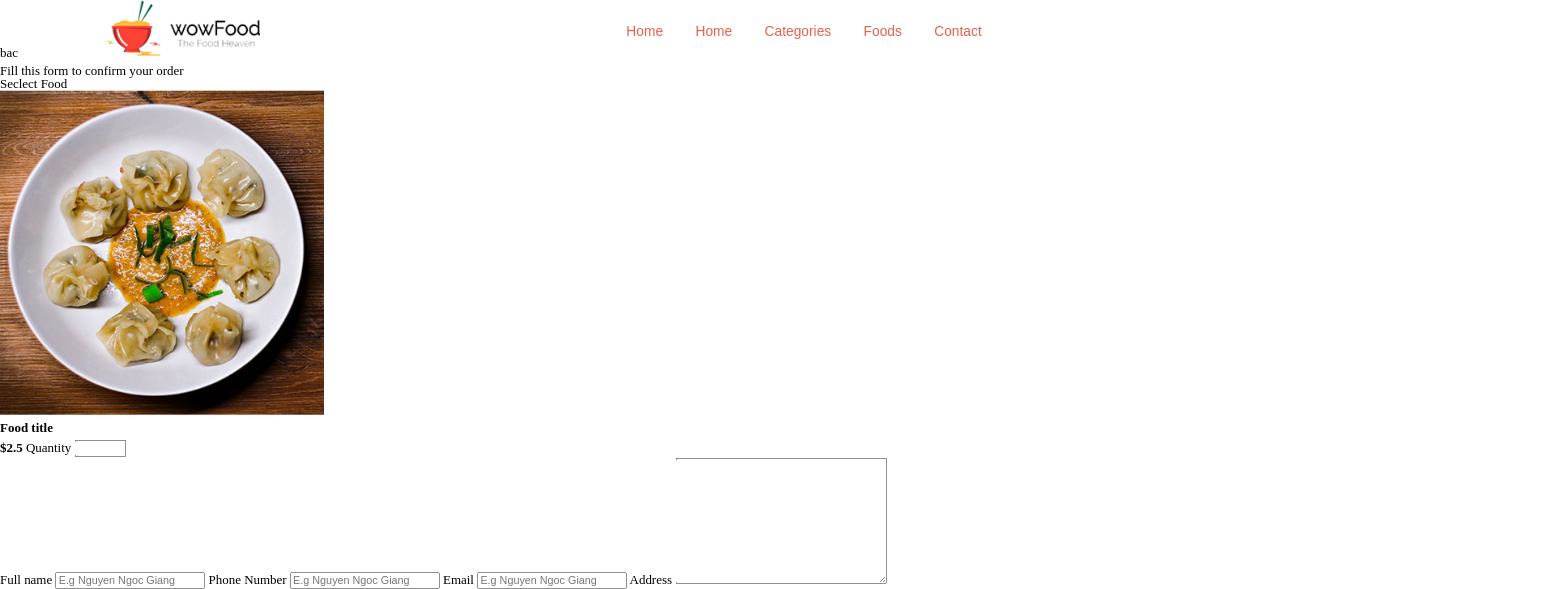
Repository: ruaruababa/WowFood
Page: order.html
These files come from the project's save history. The page is drawn as it stood at one moment and after a run of saves; the edit follows.
The browser window is 1280 px wide. The page is 1280 px wide, then 1920 px, then 1280 px, so the pictures cover 1920 px, including what lies to the right of the window. The pictures show the whole page, at 81% of full size.

Above is the page before, as saved 2021-09-19 21:48:50.

### order.html
<!DOCTYPE html>
<html lang="en">

<head>
    <meta charset="UTF-8">
    <meta http-equiv="X-UA-Compatible" content="IE=edge">
    <meta name="viewport" content="width=device-width, initial-scale=1.0">
    <title>Order Food</title>
    <link rel="stylesheet" href="./style.css">
    <link rel="stylesheet" href="./reset.css">
</head>

<body>
    <nav>
        bac
        <input type="checkbox" id="check" />
        <label for="check" class="checkbtn">
            <i class="fas fa-bars"></i>
        </label>
        <label class="logo">
            <img src="./img/logo.png" alt="" class="img-logo" />
        </label>
        <ul class="navbar">
            <li><a class="active" href="#">Home</a></li>
            <li><a href="#">Home</a></li>
            <li><a href="#">Categories</a></li>
            <li><a href="#">Foods</a></li>
            <li><a href="#">Contact</a></li>
        </ul>
    </nav>
    <section id=section-order>
        <div class="container-order">
            <form action="">
                <h3 class="title-order">Fill this form to confirm your order</h3>
                <label for="" class="seclect">Seclect Food</label>
                <div class="container-seclect-food">
                    <div class="img-food">
                        <img src="./img/menu-momo.jpg" alt="" class="bgr-item" />
                    </div>
                    <div class="content-food">
                        <h6 class="title-item">Food title</h6>
                        <span class="price-item">$2.5</span>
                        <label for="" class="quantity">Quantity</label>
                        <input type="number" min="1" max="100">
                    </div>
                </div>
                <div class="container-delivery-title">
                    <lable class="full-name">Full name</lable>
                    <input type="text" placeholder="E.g Nguyen Ngoc Giang">
                    <lable class="phone-number">Phone Number</lable>
                    <input type="text" placeholder="E.g Nguyen Ngoc Giang">
                    <lable class="email">Email</lable>
                    <input type="text" placeholder="E.g Nguyen Ngoc Giang">
                    <lable class="Address">Address</lable>
                    <textarea name="address" id="" cols="30" rows="10"></textarea>


                </div>
            </form>
        </div>
    </section>
</body>

</html>

### style.css

li {
  text-decoration: none;
}

a {
  text-decoration: none;
}

nav {
  height: 80px;
  width: 100%;
}

label.logo {
  padding: 0 100px;
}

nav ul {
  float: right;
  margin-right: 50px;
}

nav ul li {
  display: inline-block;
  line-height: 80px;
  margin: 0 5px;
  font-family: "Poppins", sans-serif;
}

nav ul li a {
  color: #e7614a;
  font-size: 17px;
  padding: 7px 13px;
  border-radius: 3px;
}

.checkbtn {
  font-size: 30px;
  color: white;
  float: right;
  line-height: 80px;
  margin-right: 40px;
  cursor: pointer;
  display: none;
}

#check {
  display: none;
}

ul:hover li {
  filter: blur(3px);
  opacity: 0.5;
  transform: scale(0.98);
  box-shadow: none;
}

ul:hover li:hover {
  transform: scale(1.1);
  filter: blur(0px);
  opacity: 1;
  box-shadow: 0 8px 20px 0px rgba(0, 0, 0, 0.125);
}

.container-section-search {
  position: relative;
  text-align: center;
  margin-top: 15px;
}

.background-search {
  height: 250px;
}

.background-search img {
  height: inherit;
  width: 100%;
  object-fit: cover;
}

.form {
  width: 100%;
  position: absolute;
  top: 50%;
  left: 50%;
  transform: translate(-50%, -50%);
  height: 22px;
}

.input-search {
  width: 35%;
  height: inherit;
}

.btn-search {
  background-color: rgba(250, 59, 59, 0.849);
  border: none;
  border-radius: 5px;
  font-size: 14px;
  color: white;
  cursor: pointer;
  padding: 3px;
}

#section-collection {
  position: relative;
}

.container-section-collection {
  height: max-content;
}

.explore-food {
  padding-top: 70px;
  text-align: center;
  font-size: 24px;
  font-family: "Poppins", sans-serif;
}

.collection-food {
  width: 100%;
}

.list-food {
  margin-top: 50px;
  display: flex;
  justify-content: center;
  column-gap: 50px;
}

.list-food li {
  width: 330px;
  height: 400px;
  transition: 0.2s all;
}

.list-food li:hover {
  transform: scale(0.95);
}

.list-food li img {
  width: 100%;
  height: 100%;
  object-fit: cover;
  border-radius: 10px;
}

.list-food li span {
  font-family: "Poppins", sans-serif;
  display: block;
  font-size: 20px;
  text-align: center;
  color: #ffffff;
  margin-top: -50px;
}

article {
  background-color: #ececec;
}

.title-food-menu {
  padding-top: 70px;
  font-size: 24px;
  text-align: center;
  font-family: "Poppins", sans-serif;
}

.container-menu {
  padding-top: 50px;
  display: grid;
  grid-gap: 20px;
  grid-template-columns: repeat(auto-fit, minmax(550px, 1fr));
  grid-auto-rows: 180px;
  justify-items: center;
  font-family: "Poppins", sans-serif;
}

.container-item:nth-child(odd) {
  justify-self: end;
}

.container-item:nth-child(even) {
  justify-self: start;
}

.container-item {
  background-color: #ffffff;
  display: flex;
  align-items: center;
  border-radius: 15px;
}

.container-item img {
  width: 25%;
  height: 70%;
  object-fit: cover;
  border-radius: 15px;
  margin: 0 28px;
}

.container-item .item-content {
  width: 100%;
  height: 70%;
  object-fit: cover;
  border-radius: 15px;
  margin: 0 28px;
}

.item-content {
  display: inline-block;
}

.title-item {
  font-size: 16px;
  font-weight: bold;
  line-height: 25px;
}

.price-item {
  line-height: 25px;
  font-weight: bold;
}

.des-item {
  font-size: 14px;
  line-height: 20px;
  color: #747d9c;
}

.oder-item {
  text-decoration: none;
  background-color: #f56b81;
  color: white;
  border-radius: 5px;
  padding: 3px;
  display: inline-block;
}

.footer-food-menu {
  margin-top: 30px;
}

.see-all-foods {
  display: block;
  text-align: center;
  text-decoration: none;
  color: #f56b81;
  padding-bottom: 50px;
  font-family: "Poppins", sans-serif;
  transition: 0.2s all;
}

.see-all-foods:hover {
  text-decoration: underline;
  transform: scale(1.1);
}

.social-network-icon {
  display: flex;
  justify-content: center;
  margin-top: 30px;
}

.icon-insta {
  margin: 0 30px;
}

.license {
  margin-top: 40px;
  margin-bottom: 30px;
  font-family: "Poppins", sans-serif;
}

.license p {
  text-align: center;
}

.license p a {
  text-decoration: none;
  color: #e7614a;
}

@media (max-width: 952px) {
  label.logo {
    padding-left: 50px;
  }

  nav ul li a {
    font-size: 16px;
  }

  .container-item:nth-child(odd) {
    justify-self: center;
  }

  .container-item:nth-child(even) {
    justify-self: center;
  }
}

@media (max-width: 858px) {
  i {
    color: black;
  }

  .checkbtn {
    display: block;
  }

  .navbar {
    position: fixed;
    width: 100%;
    height: 250px;
    left: -100%;
    text-align: center;
    transition: all 0.5s;
    z-index: 2;
    background-color: #ffffff;
  }

  nav ul li {
    display: block;
    margin: 10px 0;
    line-height: 30px;
  }

  nav ul li a {
    font-size: 20px;
  }

  #check:checked ~ ul {
    left: 0;
  }

  .container-section-collection {
    height: max-content;
  }
}

section {
  position: relative;
}
@media (max-width: 858px) {
   .container-menu {
    padding-top: 50px;
    display: grid;
    grid-gap: 20px;
    grid-template-columns: repeat(auto-fit, minmax(550px, 1fr));
    grid-auto-rows: 180px;
    justify-items: center;
    font-family: "Poppins", sans-serif;
  }
}

@media (max-width: 414px) {
  label img {
    margin-left: -50px;
  }
  i.fa-bars {
    margin-right: -20px;
  }
  .navbar {
    position: fixed;
    width: 414px;
    height: 250px;
    left: -100%;
    text-align: center;
    transition: all 0.5s;
    z-index: 2;
    background-color: #ffffff;
  }

  nav ul li {
    display: block;
    margin: 10px 0;
    line-height: 30px;
  }

  nav ul li a {
    font-size: 20px;
  }

  #check:checked ~ ul {
    left: 0;
  }
  .list-food {
    display: flex;
    flex-direction: column;
    gap: 15px;
  }

  .item {
    align-self: center;
  }

  .container-menu {
    padding-top: 50px;
    display: grid;
    grid-gap: 20px;
    grid-template-columns: repeat(auto-fit, minmax(375px, 1fr));
    grid-auto-rows: 180px;
    justify-items: center;
    font-family: "Poppins", sans-serif;
  }
}

@media (max-width: 375px) {
  label img {
    margin-left: -50px;
  }
  i.fa-bars {
    margin-right: -20px;
  }
  .navbar {
    position: fixed;
    width: 375px;
    height: 250px;
    left: -100%;
    text-align: center;
    transition: all 0.5s;
    z-index: 2;
    background-color: #ffffff;
  }

  nav ul li {
    display: block;
    margin: 10px 0;
    line-height: 30px;
  }

  nav ul li a {
    font-size: 20px;
  }

  #check:checked ~ ul {
    left: 0;
  }

  .list-food {
    display: flex;
    flex-direction: column;
    gap: 15px;
  }

  .item {
    align-self: center;
  }

  .container-menu {
    padding-top: 50px;
    display: grid;
    grid-gap: 20px;
    grid-template-columns: repeat(auto-fit, minmax(375px, 1fr));
    grid-auto-rows: 180px;
    justify-items: center;
    font-family: "Poppins", sans-serif;
  }
  @media (max-width: 320px) {
  label img {
    margin-top: -70px;
    margin-left: -50px;
    padding-bottom: 10px;
  }
  i.fa-bars {
    margin-right: -20px;
    padding-top: 20px;
  }
  .navbar {
    position: fixed;
    width: 320px;
    height: 250px;
    left: -100%;
    text-align: center;
    transition: all 0.5s;
    z-index: 2;
    background-color: #ffffff;
    margin-top: -5px;
  }

  nav ul li {
    display: block;
    margin: 10px 0;
    line-height: 30px;
  }

  nav ul li a {
    font-size: 20px;
  }

  #check:checked ~ ul {
    left: 0;
  }

  .list-food {
    display: flex;
    flex-direction: column;
    gap: 15px;
  }

  .item {
    align-self: center;
  }

  .container-menu {
    padding-top: 50px;
    display: grid;
    grid-gap: 20px;
    grid-template-columns: repeat(auto-fit, minmax(319px, 1fr));
    grid-auto-rows: 180px;
    justify-items: center;
    font-family: "Poppins", sans-serif;
  }
}

/* article{
  position: relative;
  top: 200px;
} */

Loaded but not shown: reset.css (common file)

After the next 5 saves:
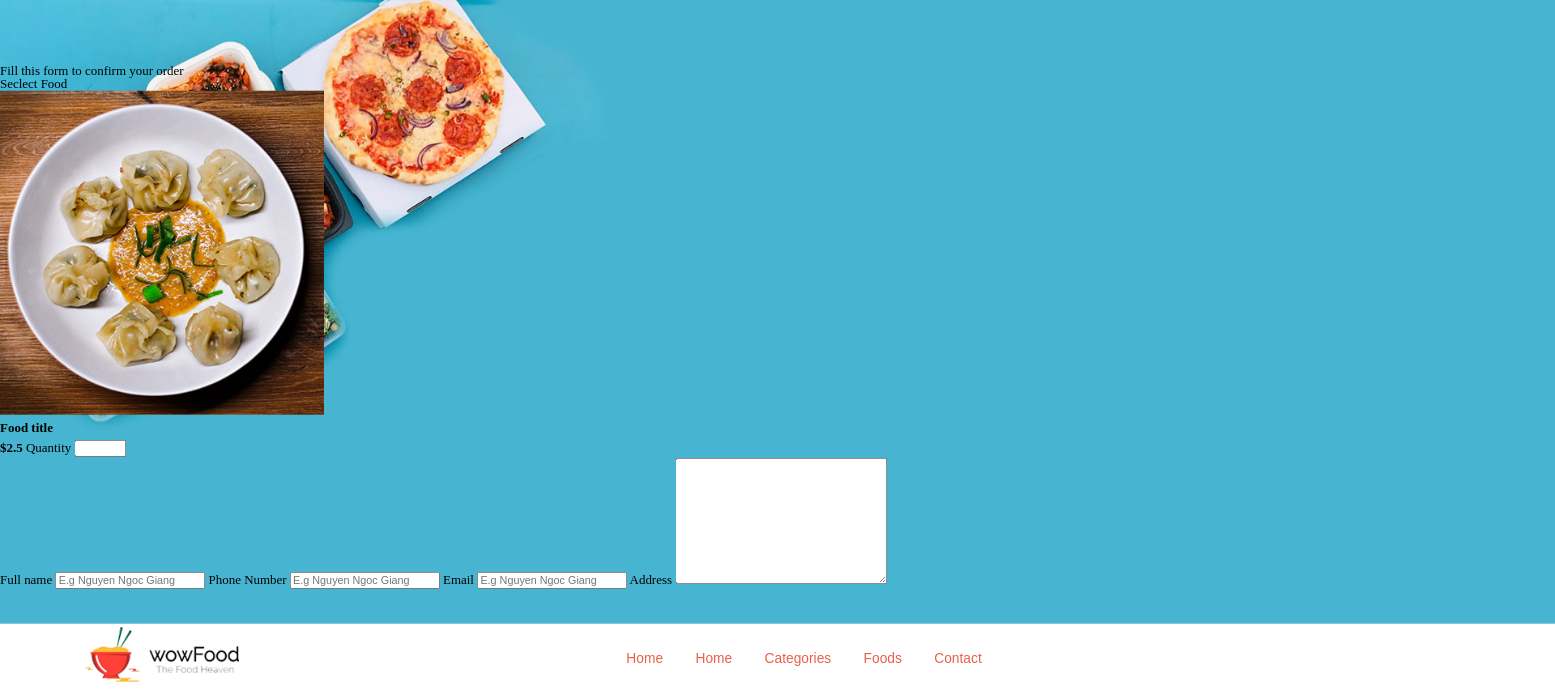
The 5 saves are shown as one change because they came seconds apart.
The last was saved 12 s later.
--- a/order.html
+++ b/order.html
@@ -12,7 +12,7 @@
 
 <body>
     <nav>
-        bac
+        <img src="./img/bg.jpg" alt="" class="bgr">
         <input type="checkbox" id="check" />
         <label for="check" class="checkbtn">
             <i class="fas fa-bars"></i>

After the save that followed:
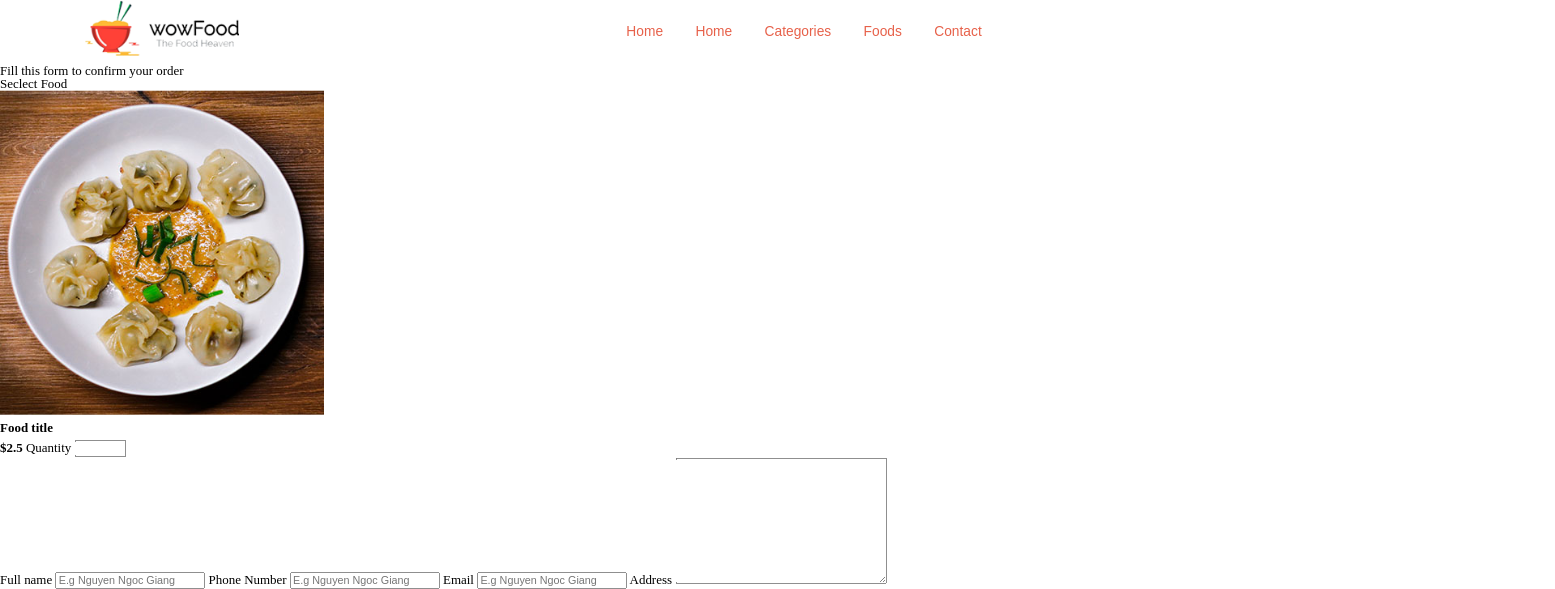
Saved 10 s later.
--- a/order.html
+++ b/order.html
@@ -12,7 +12,6 @@
 
 <body>
     <nav>
-        <img src="./img/bg.jpg" alt="" class="bgr">
         <input type="checkbox" id="check" />
         <label for="check" class="checkbtn">
             <i class="fas fa-bars"></i>
